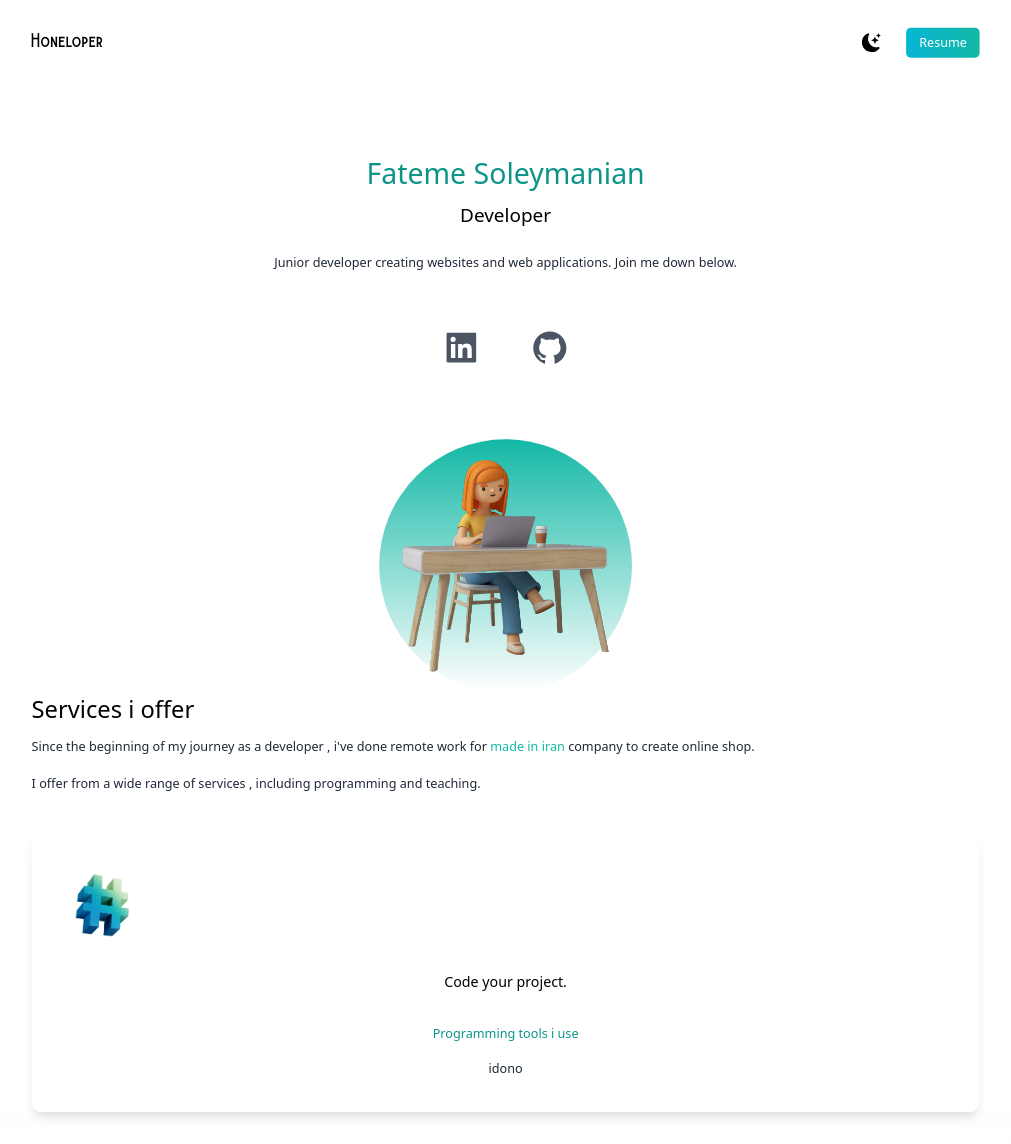
Repository: fatemesoleymanian/portfolio
Page: /
An editor plug-in stored every save of this project. The page is shown before and after the next save, followed by the edit.
The browser window is 1280 px wide. The pictures show the whole page, at 79% of full size.
The project was rebuilt for these pictures with package versions that can differ from the ones it lists, and the page was loaded fresh each time. The framework's server and built-in components were replaced by stand-ins that run in the browser. Also part of the build but not shown: next.config.js.

Above is the page before, as saved 2023-03-10 15:38:43.

### pages/index.js
import Head from 'next/head'
import { BsFillMoonStarsFill } from 'react-icons/bs'
import { AiFillLinkedin, AiFillGithub } from 'react-icons/ai'
import Image from 'next/image'
import honeloper from '../public/honeloper3d.png'
import code from '../public/code.png'
export default function Home() {
  return (
    <>
      <Head>
        <title>My Portfolio</title>
        <meta name="description" content="Generated by create next app" />
        <meta name="viewport" content="width=device-width, initial-scale=1" />
        <link rel="icon" href="/favicon.ico" />
      </Head>
      <main className='bg-white px-10'>
        <section className="min-h-screen">
          <nav className='py-10 mb-12 flex justify-between'>
            <h1 className='text-xl font-burtons'>Honeloper</h1>
            <ul className='flex items-center'>
              <li>
                <BsFillMoonStarsFill className='cursor-pointer text-2xl' />
              </li>
              <li>
                <a className="bg-gradient-to-r from-cyan-500 to-teal-500 text-white px-4 py-2 rounded-md ml-8"
                  href="https://jobvision.ir/cv/97158940-111758">Resume</a>
              </li>
            </ul>
          </nav>
          <div className='text-center p-9'>
            <h2 className='text-4xl py-2 text-teal-600 font-medium'>
              Fateme Soleymanian</h2>
            <h3 className='text-2xl py-2'>Developer</h3>
            <p className='text-md py-5 leading-8 text-gray-800'>
              Junior developer creating websites and web applications. Join me down below.</p>
          </div>
          <div className='text-5xl flex  justify-center gap-16 py-3 text-gray-600'>
            <a href="https://www.linkedin.com/in/fateme-soleymanian-b2713a225">
              <AiFillLinkedin />  </a>
            <a href="https://github.com/fatemesoleymanian">
              <AiFillGithub />
            </a>
          </div>
          <div className='relative bg-gradient-to-b from-teal-500 rounded-full
          mx-auto md:w-80 md:h-80 mt-20'>
            <Image src={honeloper} alt="honeloper"  />
          </div>
        </section>

        <section>
          <div>
            <h3 className='text-3xl py-1'>
              Services i offer
            </h3>
            <p className='text-md py-2 leading-8 text-gray-800'>
                Since the beginning of my journey as a developer , i've done remote work for
                <span className='text-teal-500'><a href="https://madein-iran.com"> made in iran </a></span> company to create online shop.
            </p>
            <p className='text-md py-2 leading-8 text-gray-800'>
              I offer from a wide range of services , including programming and teaching.
            </p>
          </div>
          <div>
            <div className='text-center shadow-lg p-10 rounded-xl my-10'>
              <Image src={code} width={100} height={100}/>
              <h3 className='text-lg font-medium pt-8 pb-2'>
              Code your project.
              </h3>
              <p className='py-2'></p>
              <h4 className='py-4 text-teal-600'>Programming tools i use</h4>
              <p className='text-gray-800 py-1'>idono</p>
            </div>
          </div>
        </section>
      </main>
    </>
  )
}

### styles/globals.css
@tailwind base;
@tailwind components;
@tailwind utilities;
:root {
  --max-width: 1100px;
  --border-radius: 12px;
  --font-mono: ui-monospace, Menlo, Monaco, 'Cascadia Mono', 'Segoe UI Mono',
    'Roboto Mono', 'Oxygen Mono', 'Ubuntu Monospace', 'Source Code Pro',
    'Fira Mono', 'Droid Sans Mono', 'Courier New', monospace;

  --foreground-rgb: 0, 0, 0;
  --background-start-rgb: 214, 219, 220;
  --background-end-rgb: 255, 255, 255;

  --primary-glow: conic-gradient(
    from 180deg at 50% 50%,
    #16abff33 0deg,
    #0885ff33 55deg,
    #54d6ff33 120deg,
    #0071ff33 160deg,
    transparent 360deg
  );
  --secondary-glow: radial-gradient(
    rgba(255, 255, 255, 1),
    rgba(255, 255, 255, 0)
  );

  --tile-start-rgb: 239, 245, 249;
  --tile-end-rgb: 228, 232, 233;
  --tile-border: conic-gradient(
    #00000080,
    #00000040,
    #00000030,
    #00000020,
    #00000010,
    #00000010,
    #00000080
  );

  --callout-rgb: 238, 240, 241;
  --callout-border-rgb: 172, 175, 176;
  --card-rgb: 180, 185, 188;
  --card-border-rgb: 131, 134, 135;
}

@media (prefers-color-scheme: dark) {
  :root {
    --foreground-rgb: 255, 255, 255;
    --background-start-rgb: 0, 0, 0;
    --background-end-rgb: 0, 0, 0;

    --primary-glow: radial-gradient(rgba(1, 65, 255, 0.4), rgba(1, 65, 255, 0));
    --secondary-glow: linear-gradient(
      to bottom right,
      rgba(1, 65, 255, 0),
      rgba(1, 65, 255, 0),
      rgba(1, 65, 255, 0.3)
    );

    --tile-start-rgb: 2, 13, 46;
    --tile-end-rgb: 2, 5, 19;
    --tile-border: conic-gradient(
      #ffffff80,
      #ffffff40,
      #ffffff30,
      #ffffff20,
      #ffffff10,
      #ffffff10,
      #ffffff80
    );

    --callout-rgb: 20, 20, 20;
    --callout-border-rgb: 108, 108, 108;
    --card-rgb: 100, 100, 100;
    --card-border-rgb: 200, 200, 200;
  }
}

* {
  box-sizing: border-box;
  padding: 0;
  margin: 0;
}

html,
body {
  max-width: 100vw;
  overflow-x: hidden;
}

body {
  color: rgb(var(--foreground-rgb));
  background: linear-gradient(
      to bottom,
      transparent,
      rgb(var(--background-end-rgb))
    )
    rgb(var(--background-start-rgb));
}

a {
  color: inherit;
  text-decoration: none;
}

@font-face {
  font-family: "burtons";
  src: url('../public/Burtons.otf');
}

### tailwind.config.js
/** @type {import('tailwindcss').Config} */
module.exports = {
  content: [
    "./app/**/*.{js,ts,jsx,tsx}",
    "./pages/**/*.{js,ts,jsx,tsx}",
    "./components/**/*.{js,ts,jsx,tsx}",

  ],
  theme: {
    extend: {
      fontFamily:{
        burtons: "burtons",
      }
    },
  },
  plugins: [],
}

Loaded but not shown: pages/_app.js (common file); pages/_document.js (common file)

After the next save:
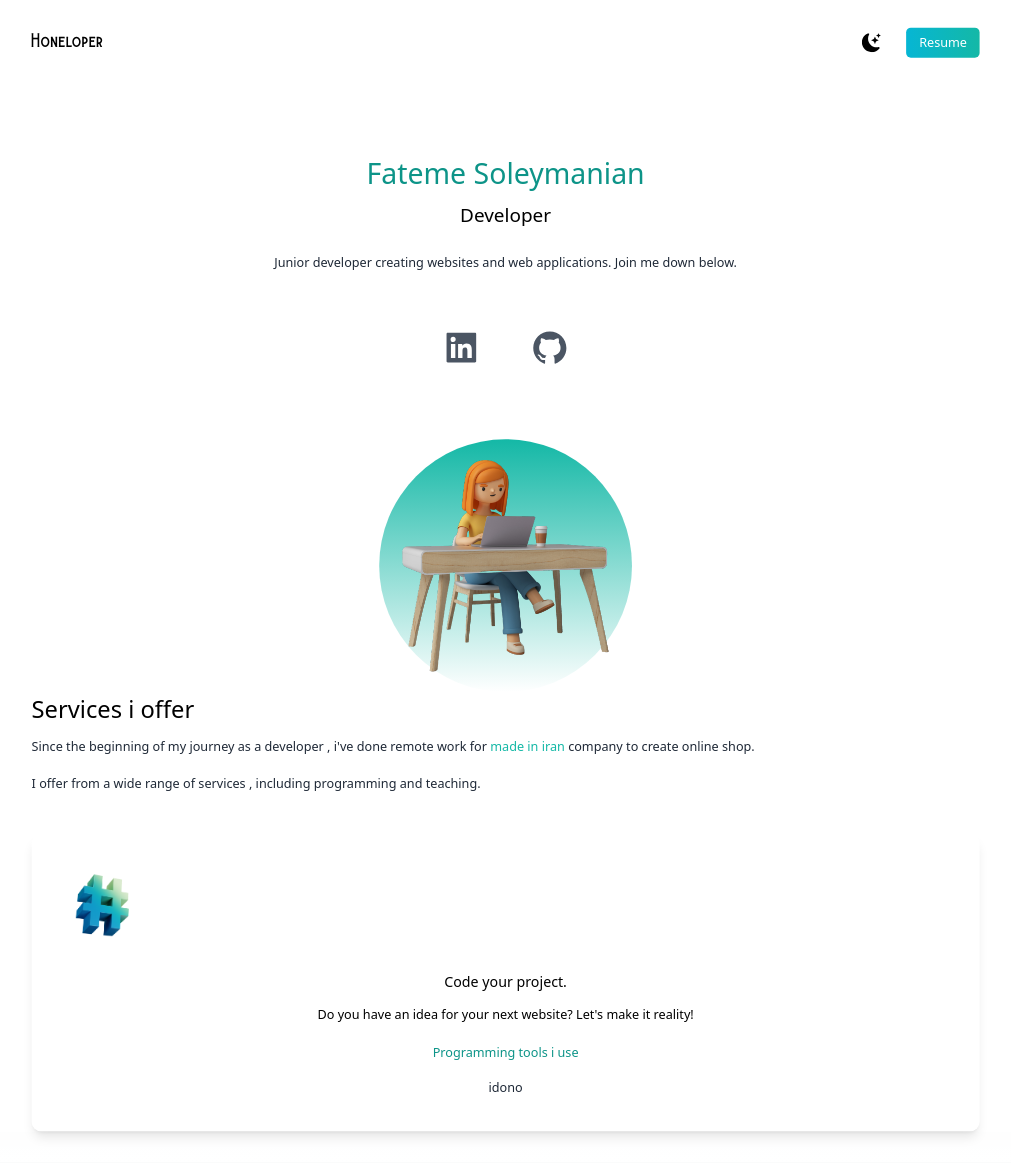
Saved 69 s later.
--- a/pages/index.js
+++ b/pages/index.js
@@ -66,7 +66,8 @@ export default function Home() {
               <h3 className='text-lg font-medium pt-8 pb-2'>
               Code your project.
               </h3>
-              <p className='py-2'></p>
+              <p className='py-2'>Do you have an idea for your next website?
+              Let's make it reality!</p>
               <h4 className='py-4 text-teal-600'>Programming tools i use</h4>
               <p className='text-gray-800 py-1'>idono</p>
             </div>
